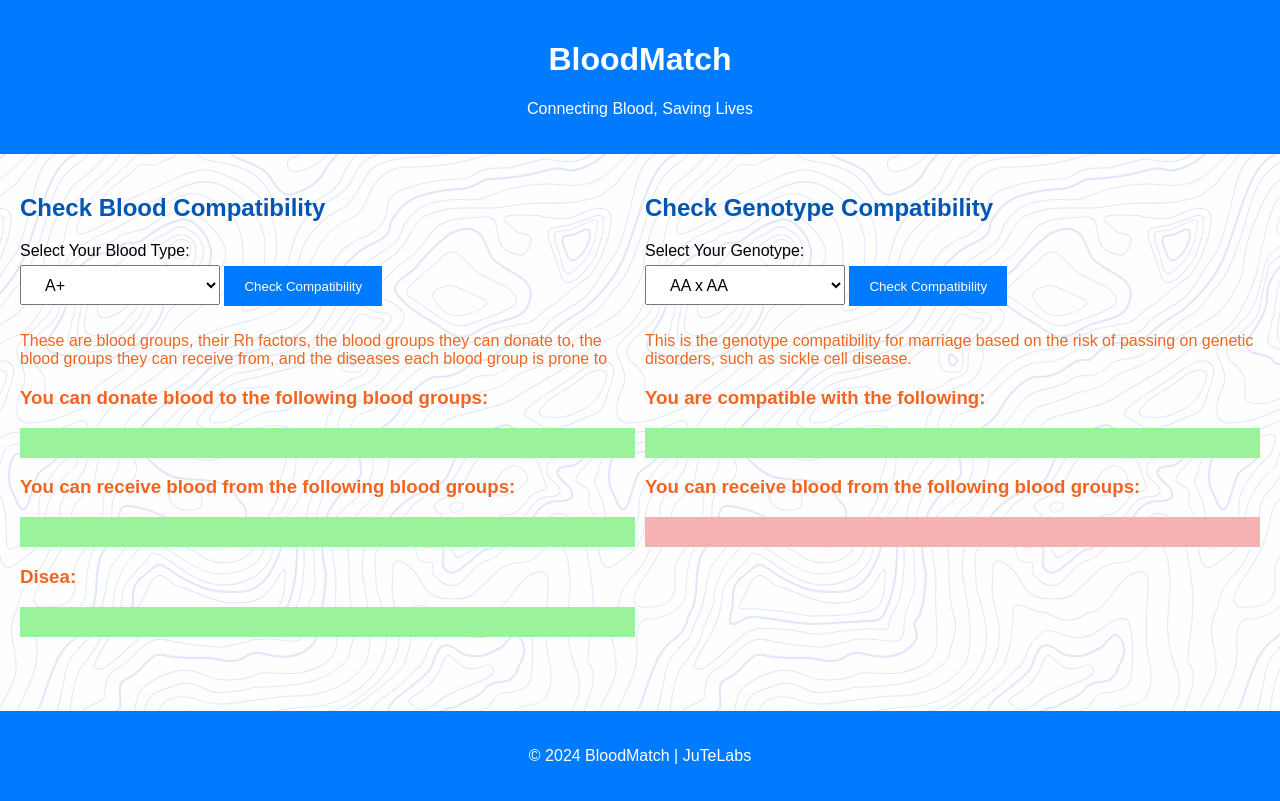
Repository: JuliusMonday/BloodMatch
Page: index.html
These files come from the project's save history. The page is drawn as it stood at one moment and after a run of saves; the edit follows.
The browser window is 1280 px wide. The pictures show the whole page.

Above is the page before, as saved 2024-05-03 12:09:21.

After the next 2 saves:
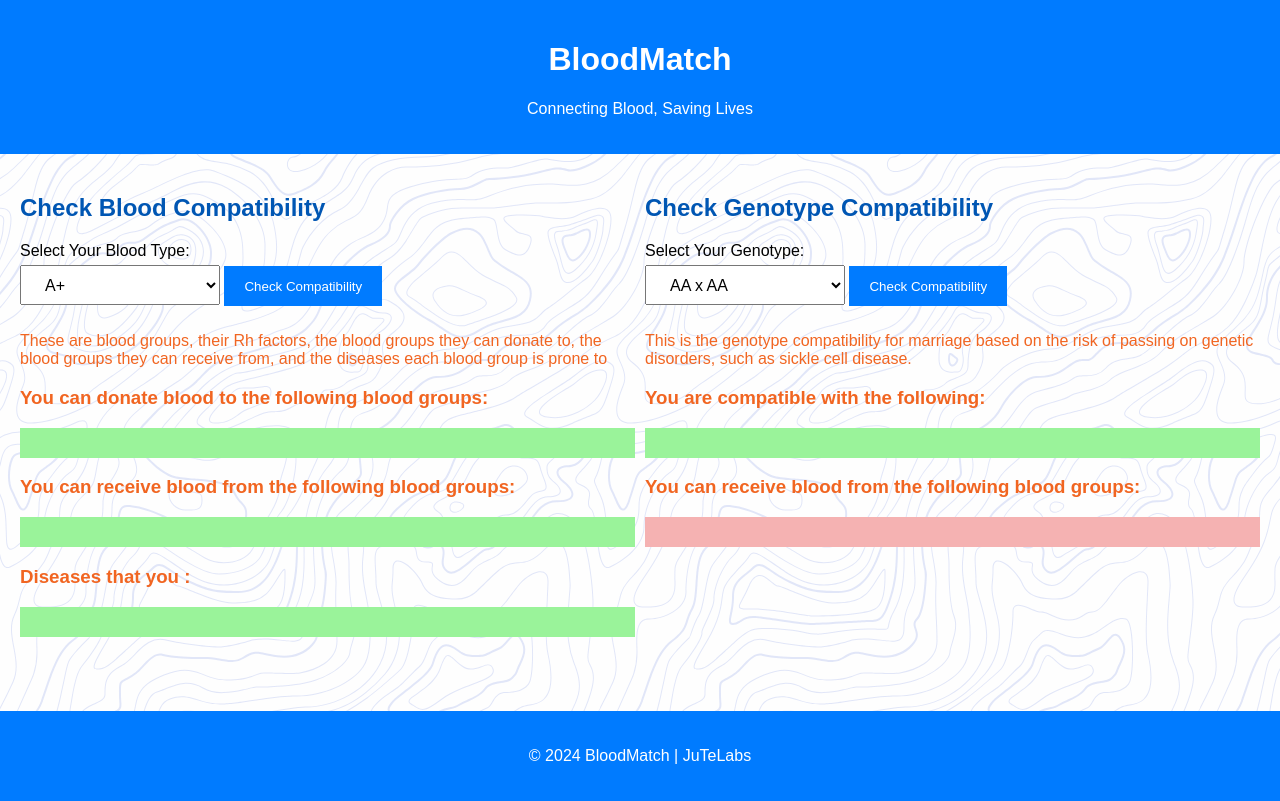
The 2 saves are shown as one change because they came seconds apart.
The last was saved 7 s later.
--- a/index.html
+++ b/index.html
@@ -37,7 +37,7 @@
             <p id="receive-from-bg" style="background-color:rgb(154, 243, 154); padding:15px; font-weight: bold;"></p>
         </div>
         <div class="disease">
-          <h3>Disea:</h3>
+          <h3>Diseases that you :</h3>
           <p id="diseases" style="background-color:rgb(154, 243, 154); padding:15px; font-weight: bold;"></p>
       </div>
       </div>
